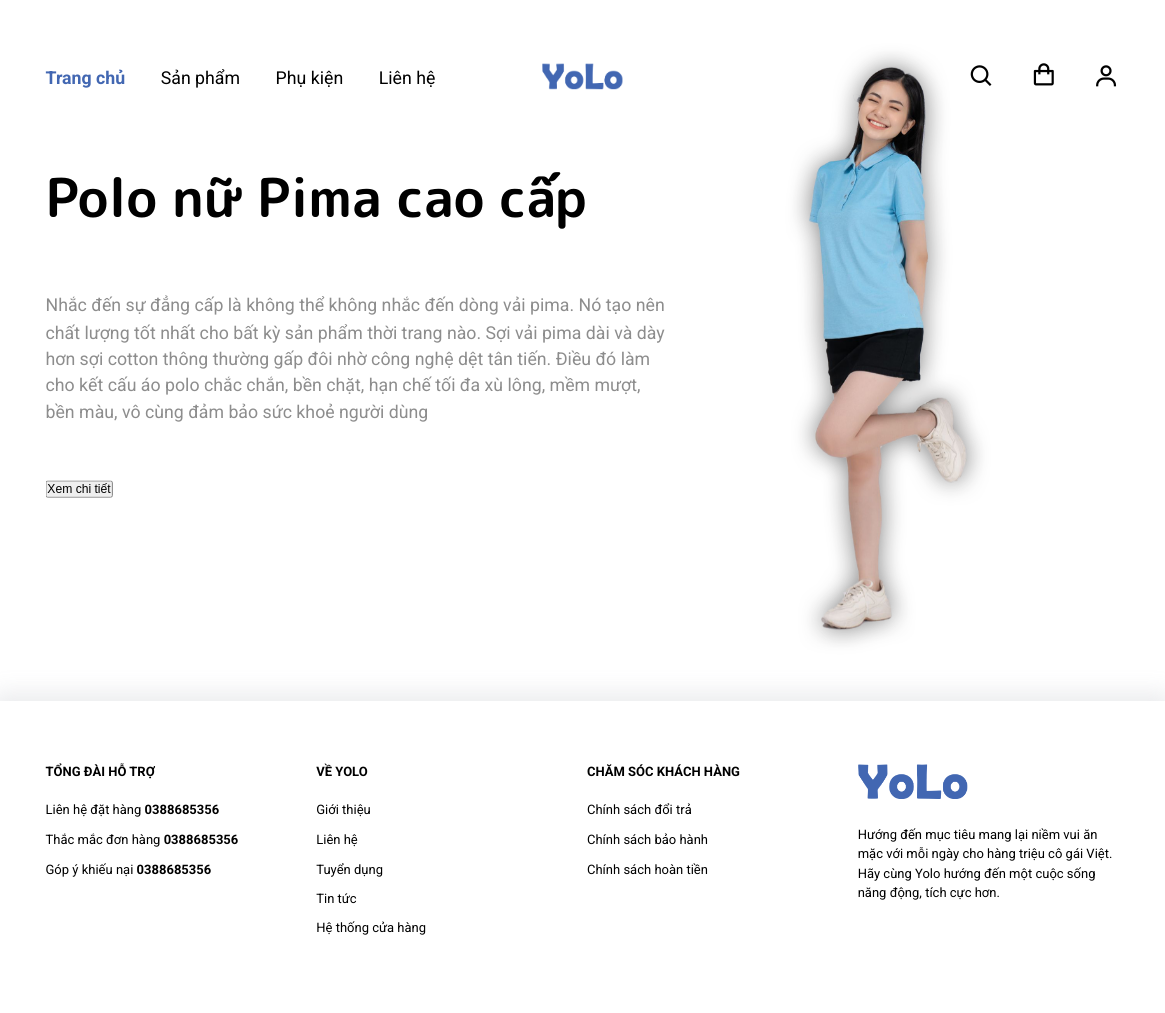
Repository: NguyenThanhBinh1210/Binh-React
Page: / (app in yoloshop/)
The author's editor kept a copy of each file at every save. The page is drawn from the files as they stood at one save, then again after the next save.
The browser window is 1280 px wide. The pictures show the whole page, at 91% of full size.
The project was rebuilt for these pictures with package versions that can differ from the ones it lists, and the page was loaded fresh each time. A package was used in the major version that the imports need, not the one package.json lists. Also part of the build but not shown: yoloshop/src/pages/Product.jsx, yoloshop/src/pages/Catalog.jsx, yoloshop/src/pages/Cart.jsx, yoloshop/src/pages/Accessory.jsx, yoloshop/src/pages/Contact.jsx.

Above is the page before, as saved 2021-11-25 12:15:32.

### yoloshop/src/index.js
import React from 'react'
import ReactDOM from 'react-dom'
import Layout from './components/Layout'
import reportWebVitals from './reportWebVitals'
import './assets/boxicons-2.0.7/css/boxicons.min.css'
import './sass/index.scss'

ReactDOM.render(
	<React.StrictMode>
		<Layout />
	</React.StrictMode>,
	document.getElementById('root')
)

// If you want to start measuring performance in your app, pass a function
// to log results (for example: reportWebVitals(console.log))
// or send to an analytics endpoint. Learn more: https://bit.ly/CRA-vitals
reportWebVitals()

### yoloshop/src/components/Layout.jsx
import React from 'react'
import { BrowserRouter, Route } from 'react-router-dom'
import Header from './Header'
import Footer from './Footer'
import Routess from '../routes/Routess'

export default function Layout() {
	return (
		<BrowserRouter>
			<Route
				render={props => (
					<div>
						<Header {...props} />
						<div className="container">
							<div className="main">
								<Routess />
							</div>
						</div>
						<Footer />
					</div>
				)}
			/>
		</BrowserRouter>
	)
}

### yoloshop/src/sass/index.scss
@import './variables';
@import './mixins';
@import './base.scss';

@import './components/header';
@import './components/footer';
@import './components/hero-slider';

### yoloshop/src/components/Header.jsx
import React, { useEffect, useRef } from 'react'
import logo from '../assets/images/Logo-2.png'
import { Link, useLocation } from 'react-router-dom'

const mainNav = [
	{
		display: 'Trang chủ',
		path: '/'
	},
	{
		display: 'Sản phẩm',
		path: '/catalog'
	},
	{
		display: 'Phụ kiện',
		path: '/accessories'
	},
	{
		display: 'Liên hệ',
		path: '/contact'
	}
]
export default function Header() {
	const { pathname } = useLocation()
	const activeNav = mainNav.findIndex(e => e.path === pathname)
	const headerRef = React.useRef(null)

	useEffect(() => {
		window.addEventListener('scroll', () => {
			if (
				document.body.scrollTop > 80 ||
				document.documentElement.scrollTop > 80
			) {
				headerRef.current.classList.add('shrink')
			} else {
				headerRef.current.classList.remove('shrink')
			}
		})
		return () => {
			window.removeEventListener('scroll')
		}
	}, [])

	const menuLeft = useRef(null)

	const menuToggle = () => menuLeft.current.classList.toggle('active')

	return (
		<div className="header" ref={headerRef}>
			<div className="container">
				<div className="header__logo">
					<Link to="/">
						<img src={logo} alt="logo" />
					</Link>
				</div>
				<div className="header__menu">
					<div className="header__menu__mobile-toggle" onClick={menuToggle}>
						<i class="bx bx-menu-alt-left"></i>
					</div>
					<div className="header__menu__left" ref={menuLeft}>
						<div className="header__menu__left__close" onClick={menuToggle}>
							<i class="bx bx-chevron-left"></i>
						</div>
						{mainNav.map((item, index) => (
							<div
								key={index}
								className={`header__menu__item  header__menu__left__item ${
									index === activeNav ? 'active' : ''
								}`}
								onClick={menuToggle}
							>
								<Link to={item.path}>
									<span>{item.display}</span>
								</Link>
							</div>
						))}
					</div>
					<div className="header__menu__right">
						<div className="header__menu__item header__menu__right__item">
							<i class="bx bx-search"></i>
						</div>
						<div className="header__menu__item header__menu__right__item">
							<Link to="/cart">
								<i class="bx bx-shopping-bag"></i>
							</Link>
						</div>
						<div className="header__menu__item header__menu__right__item">
							<i class="bx bx-user"></i>
						</div>
					</div>
				</div>
			</div>
		</div>
	)
}

### yoloshop/src/components/Footer.jsx
import React from 'react'
import { Link } from 'react-router-dom'
import Grid from './Grid'
import logo from '../assets/images/Logo-2.png'

const footerAboutLinks = [
	{
		display: 'Giới thiệu',
		path: '/about'
	},
	{
		display: 'Liên hệ',
		path: '/contact'
	},
	{
		display: 'Tuyển dụng',
		path: '/about'
	},
	{
		display: 'Tin tức',
		path: '/about'
	},
	{
		display: 'Hệ thống cửa hàng',
		path: '/about'
	}
]

const footerCustomLinks = [
	{
		display: 'Chính sách đổi trả',
		path: '/about'
	},

	{
		display: 'Chính sách bảo hành',
		path: '/about'
	},

	{
		display: 'Chính sách hoàn tiền',
		path: '/about'
	}
]

export default function Footer() {
	return (
		<footer className="footer">
			<div className="container">
				<Grid col={4} mdCol={2} smCol={1} gap={10}>
					<div>
						<div className="footer__title">Tổng đài hỗ trợ</div>
						<div className="footer__content">
							<p>
								Liên hệ đặt hàng <strong> 0388685356</strong>
							</p>
							<p>
								Thắc mắc đơn hàng <strong> 0388685356</strong>
							</p>
							<p>
								Góp ý khiếu nại <strong> 0388685356</strong>
							</p>
						</div>
					</div>
					<div>
						<div className="footer__title">Về Yolo</div>
						<div className="footer__content">
							{footerAboutLinks.map((item, i) => (
								<p key={i} className="">
									<Link to={item.path}>{item.display}</Link>
								</p>
							))}
						</div>
					</div>
					<div>
						<div className="footer__title">Chăm sóc khách hàng</div>
						<div className="footer__content">
							{footerCustomLinks.map((item, i) => (
								<p key={i} className="">
									<Link to={item.path}>{item.display}</Link>
								</p>
							))}
						</div>
					</div>
					<div className="footer__about">
						<p>
							<Link to="/">
								<img src={logo} className="footer__logo" alt="logo" />
							</Link>
						</p>
						<p>
							Hướng đến mục tiêu mang lại niềm vui ăn mặc với mỗi ngày cho hàng
							triệu cô gái Việt. Hãy cùng Yolo hướng đến một cuộc sống năng
							động, tích cực hơn.
						</p>
					</div>
				</Grid>
			</div>
		</footer>
	)
}

### yoloshop/src/routes/Routess.jsx
import React from 'react'
import { Switch, Route } from 'react-router-dom'
import Home from '../pages/Home'
import Product from '../pages/Product'
import Catalog from '../pages/Catalog'
import Cart from '../pages/Cart'
import Accessory from '../pages/Accessory'
import Contact from '../pages/Contact'

const Routess = () => {
	return (
		<Switch>
			<Route path="/" exact component={Home}></Route>
			<Route path="/catalog/:slug" component={Product}></Route>
			<Route path="/catalog" component={Catalog}></Route>
			<Route path="/cart" component={Cart}></Route>
			<Route path="/accessories" component={Accessory}></Route>
			<Route path="/contact" component={Contact}></Route>
		</Switch>
	)
}

export default Routess

### yoloshop/src/sass/_variables.scss
$main-bg: #fff;
$main-color: #4267b2;

$txt-main-color: #000000;
$txt-second-color: #8d8d8d;
$txt-white: #fff;

$btn-main-bg: $main-color;
$btn-main-color: #fff;

$header-height: 170px;
$header-tablet-height: 70px;
$header-mobile-height: 40px;
$header-shrink-height: 70px;

$box-shadow: rgba(149, 157, 165, 0.2) 0px 0px 24px 8px;

$colors: (
	'blue': #4267b2,
	'orange': #fbb96b,
	'pink': #fe7e73,
	'white': #fff,
	'black': #000,
	'main': $main-color
);

$mobile-width: 600px;
$tablet-width: 1024px;

$numbers: (0, 1, 2, 3, 4, 5, 6, 7, 8);

### yoloshop/src/sass/_mixins.scss
@mixin flex($align-item, $justify-content) {
	display: flex;
	align-items: $align-item;
	justify-content: $justify-content;
}

@mixin mobile {
	@media only screen and (max-width: $mobile-width) {
		@content;
	}
}
@mixin tablet {
	@media only screen and (max-width: $tablet-width) {
		@content;
	}
}

### yoloshop/src/sass/_base.scss
@import url('https://fonts.googleapis.com/css2?family=Roboto:ital,wght@0,100;0,300;0,400;0,500;0,700;0,900;1,100;1,300;1,400;1,500;1,700;1,900&display=swap');

@import url('https://fonts.googleapis.com/css2?family=M+PLUS+Rounded+1c:wght@100;300;400;500;700;800;900&display=swap');

* {
	padding: 0;
	margin: 0;
	box-sizing: border-box;
	-webkit-tap-highlight-color: transparent;
	user-select: none;
}

html {
	font-size: 13px;
}

body {
	font-family: 'Roboto', sans-serif;
}

ul {
	list-style-type: none;
}

a {
	text-decoration: none;
	color: unset;
}

@each $color, $val in $colors {
	.color-#{$color} {
		color: $val;
	}

	.bg-#{$color} {
		background-color: $val;
	}
}

@each $val in $numbers {
	.grid-col-#{$val} {
		grid-template-columns: repeat($val, 1fr);
	}
}

@each $val in $numbers {
	.grid-col-md-#{$val} {
		@include tablet {
			grid-template-columns: repeat($val, 1fr);
		}
	}
}

@each $val in $numbers {
	.grid-col-sm-#{$val} {
		@include mobile {
			grid-template-columns: repeat($val, 1fr);
		}
	}
}

.container {
	width: 100%;
	max-width: 1620px;
	padding: 0 50px;
	margin: auto;

	@include tablet {
		padding: 0 20px;
	}

	@include mobile {
		padding: 0 10px;
	}
}

.main {
	margin-top: $header-height;
	margin-bottom: 2rem;
	min-height: 100vh;

	@include tablet {
		margin-top: calc(#{$header-tablet-height} + 20px);
	}
	@include mobile {
		margin-top: calc(#{$header-mobile-height} + 10px);
	}
}

.grid {
	display: grid;
}

### yoloshop/src/sass/components/_header.scss
.header {
	background-color: $main-bg;
	position: fixed;
	top: 0;
	left: 0;
	width: 100%;
	z-index: 99;
	height: $header-height;
	transition: height 0.3s ease;

	@include tablet {
		height: $header-tablet-height;
		box-shadow: $box-shadow;
	}
	@include mobile {
		height: $header-mobile-height;
	}

	.container {
		height: 100%;
	}

	&.shrink {
		height: $header-shrink-height;
		box-shadow: $box-shadow;
		z-index: 10001;
	}

	&__logo {
		@include flex(center, center);
		position: absolute;
		inset: 0;
		pointer-events: none;

		img {
			height: 28px;
		}
	}

	&__menu {
		@include flex(center, space-between);
		height: 100%;
		font-size: 1.5rem;

		&__item ~ &__item {
			margin-left: 39px;
			@include tablet {
				margin-left: 20px;
			}
			@include mobile {
				margin-left: 10px;
			}
		}
		&__item.active {
			font-weight: 600;
			color: $main-color;
		}
		&__item:hover {
			color: $main-color;
		}
		&__left,
		&__right {
			@include flex(center, center);
			height: 100%;
		}

		&__right {
			font-size: 2.25rem;
			&__item {
				@include flex(center, center);
			}
			@include mobile {
				font-size: 1.5rem;
			}
		}

		&__left {
			&__close {
				display: none;
			}

			@include tablet {
				flex-direction: column;
				background-color: $main-bg;
				position: absolute;
				left: 0;
				top: 0;
				width: 100%;
				height: 100vh;
				justify-content: flex-start;
				padding-top: 30px;
				transform: translateX(-100%);
				transition: transform 0.5s ease;

				&.active {
					transform: translateX(0);
				}

				&__item ~ &__item {
					margin-left: unset;
					margin-top: 20px;
				}
				&__close {
					display: block;
					position: absolute;
					left: 20px;
					font-size: 2.5rem;
				}
			}
		}
		&__mobile-toggle {
			display: none;

			@include tablet {
				display: block;
				font-size: 2.5rem;
			}
		}
	}
}

### yoloshop/src/sass/components/_footer.scss
.footer {
	padding: 70px 0;
	box-shadow: $box-shadow;
	font-size: 1.1rem;
	a:hover {
		color: $main-color;
	}
	&__logo {
		height: 38px;
	}
	&__about {
		p {
			margin-bottom: 2rem;
		}
		p:not(:first-child) {
			line-height: 1.5;
		}
	}
	&__title {
		text-transform: uppercase;
		margin-bottom: 2rem;
		font-weight: 600;
	}
	&__content {
		p {
			margin-bottom: 1.25rem;
		}
	}
}

### yoloshop/src/sass/components/_hero-slider.scss
.hero-slider {
	height: 100vh;
	max-height: 1080px;
	overflow: hidden;
	position: relative;
	margin-bottom: 50px;
	margin-top: calc(#{$header-height} * -1);
	@include tablet {
		margin-top: calc(#{$header-tablet-height} * -1);
	}
	@include mobile {
		margin-top: calc(#{$header-mobile-height} * -1);
	}
	&__item {
		@include flex(center, space-between);
		opacity: 0;
		visibility: hidden;
		pointer-events: none;
		position: absolute;
		inset: 0;
		&.active {
			opacity: 1;
			visibility: visible;
			pointer-events: visible;
		}
		&__info {
			width: 58.33%;
			&__title,
			&__description {
				margin-bottom: 60px;

				@include tablet {
					margin-bottom: 15px;
				}
			}
			&__title {
				font-family: 'M Plus Rounded 1c', sans-serif;
				font-weight: 600;
				font-size: 4.5rem;
				line-height: 6.75rem;
				overflow: hidden;
			}
			&__description {
				color: $txt-second-color;
				font-size: 1.5rem;
				line-height: 2.25rem;
				overflow: hidden;
			}
			&__btn {
				overflow: hidden;
			}
		}
		&__image {
			flex-grow: 1;
			position: relative;
			height: 100%;
			z-index: 1000;
			pointer-events: none;
			@include flex(flex-end, flex-start);
			img {
				height: 100vh;
				position: absolute;
			}
		}
	}
}

### yoloshop/src/components/Grid.jsx
import React from 'react'
import PropTypes from 'prop-types'

const Grid = props => {
	const style = {
		gap: props.gap ? `${props.gap}px` : '0'
	}
	const col = props.col ? `grid-col-${props.col}` : '0'
	const mdCol = props.mdCol ? `grid-col-${props.mdCol}` : '0'
	const smCol = props.smCol ? `grid-col-${props.smCol}` : '0'
	return (
		<div className={`grid ${col} ${mdCol} ${smCol}`} style={style}>
			{props.children}
		</div>
	)
}

Grid.propTypes = {
	col: PropTypes.number.isRequired,
	mdCol: PropTypes.number,
	smCol: PropTypes.number,
	gap: PropTypes.number
}

export default Grid

### yoloshop/src/pages/Home.jsx
import React from 'react'
import heroSliderData from '../assets/fake-data/hero-slider'
import Helmet from '../components/Helmet'
import HeroSlider from '../components/HeroSlider'

const Home = () => {
	return (
		<Helmet title="Trang chủ">
			{/* Hero slider */}
			<HeroSlider data={heroSliderData} />
		</Helmet>
	)
}

export default Home

### yoloshop/src/assets/fake-data/hero-slider.js
const img1 = require('../images/slider/slide_1.png').default
const img2 = require('../images/slider/slide_2.png').default
const img3 = require('../images/slider/slide_3.png').default

const heroSliderData = [
	{
		title: 'Polo nữ Pima cao cấp',
		description:
			'Nhắc đến sự đẳng cấp là không thể không nhắc đến dòng vải pima. Nó tạo nên chất lượng tốt nhất cho bất kỳ sản phẩm thời trang nào. Sợi vải pima dài và dày hơn sợi cotton thông thường gấp đôi nhờ công nghệ dệt tân tiến. Điều đó làm cho kết cấu áo polo chắc chắn, bền chặt, hạn chế tối đa xù lông, mềm mượt, bền màu, vô cùng đảm bảo sức khoẻ người dùng',
		img: img1,
		color: 'blue',
		path: '/catalog/ao-thun-dinosaur-01'
	},
	{
		title: 'Polo Nữ Dáng Suông Modal',
		description:
			'Polo nữ dáng suông Modal sử dụng công nghệ vải cao cấp thân thiện với môi trường sản xuất độc quyền chống co rút vải, áo polo nữ vải modal là sản phẩm thích hợp cho các bạn có môi trường làm việc năng động như hiện nay',
		img: img2,
		path: '/catalog/ao-thun-dinosaur-02',
		color: 'pink'
	},
	{
		title: 'Polo Nữ Coolmax Lacoste',
		description:
			'Mẫu áo polo nữ được làm bằng chất liệu coolmax đem lại cảm giác mát lạnh khi mặc. Thiết kế mẫu áo polo coolmax này có kiểu dáng cực kỳ thoải mái. Tạo sự gọn gàng hứa hẹn sẽ là mẫu áo polo vô cùng hot trong thời điểm sắp tới',
		img: img3,
		path: '/catalog/ao-thun-dinosaur-03',
		color: 'orange'
	}
]

export default heroSliderData

### yoloshop/src/components/Helmet.jsx
import React from 'react'
import PropTypes from 'prop-types'

const Helmet = props => {
	document.title = 'Yolo - ' + props.title

	return <div>{props.children}</div>
}

Helmet.propTypes = {
	title: PropTypes.string.isRequired
}

export default Helmet

### yoloshop/src/components/HeroSlider.jsx
import React from 'react'
import PropTypes from 'prop-types'
import { Link } from 'react-router-dom'

const HeroSlider = props => {
	const data = props.data
	const activeSlider = 0
	return (
		<div className="hero-slider">
			{data.map((item, index) => (
				<HeroSliderItem
					key={index}
					item={item}
					active={index === activeSlider}
				/>
			))}
		</div>
	)
}

HeroSlider.propTypes = {
	data: PropTypes.array.isRequired
}

const HeroSliderItem = props => (
	<div className={`hero-slider__item ${props.active ? 'active' : ''}`}>
		<div className="hero-slider__item__info">
			<div className="hero-slider__item__info__title">
				<span> {props.item.title}</span>
			</div>
			<div className="hero-slider__item__info__description">
				<span> {props.item.description}</span>
			</div>
			<div className="hero-slider__item__info__btn">
				<Link to={props.item.path}>
					<button>Xem chi tiết</button>
				</Link>
			</div>
		</div>
		<div className="hero-slider__item__image">
			<img src={props.item.img} alt={props.item.title} />
		</div>
	</div>
)

export default HeroSlider

Loaded but not shown: yoloshop/public/index.html (common file); yoloshop/src/reportWebVitals.js (common file); yoloshop/src/assets/boxicons-2.0.7/css/boxicons.min.css (library)

After the next save:
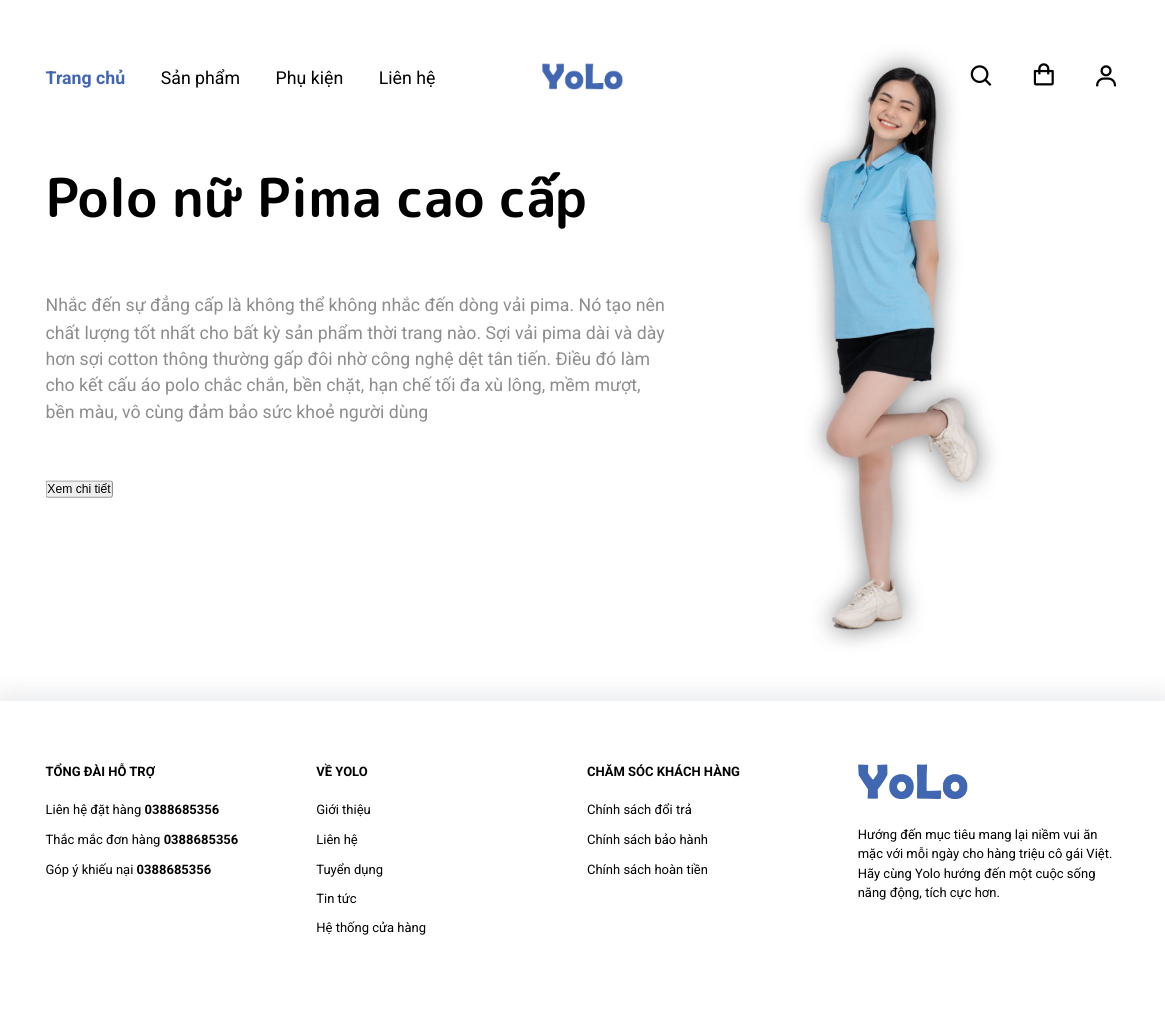
Saved 14 s later.
--- a/yoloshop/src/sass/components/_hero-slider.scss
+++ b/yoloshop/src/sass/components/_hero-slider.scss
@@ -56,10 +56,11 @@
 			height: 100%;
 			z-index: 1000;
 			pointer-events: none;
-			@include flex(flex-end, flex-start);
 			img {
 				height: 100vh;
 				position: absolute;
+				bottom: 0;
+				right: 0;
 			}
 		}
 	}
